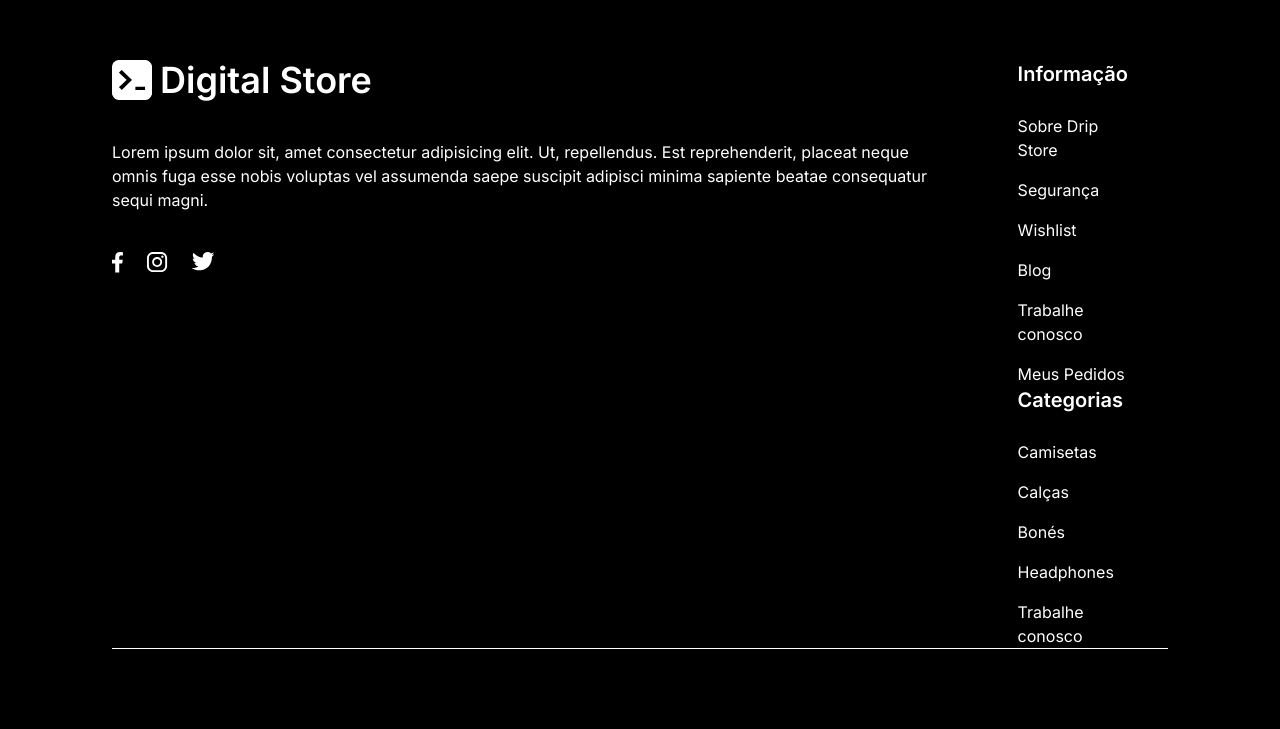
Repository: geracao-09/digital-store
Page: index.html
These files come from the project's save history. The page is drawn as it stood at one moment and after the next save; the edit follows.
The browser window is 1280 px wide. The pictures show the part of the page from y = 3410 to 4139 px (the page is 4139 px tall before and 4115 px after).
A picture or video elsewhere on the page could not be fetched, so the positions and the page height are approximate.

Above is the page before, as saved 2025-04-25 08:55:57.

### index.html
<!DOCTYPE html>
<html lang="pt-br">
<head>
    <meta charset="UTF-8">
    <meta name="viewport" content="width=device-width, initial-scale=1.0">
    <title>Digital Store</title>
    <link href="./style.css" rel="stylesheet">
    <script src="https://cdn.jsdelivr.net/npm/@tailwindcss/browser@4"></script>
    <link rel="shortcut icon" href="/assets/digital-logo.svg" type="image/x-icon">
</head>
<body>
<header class="flex flex-col gap-12 px-[108px] py-[38px]">
    <div class="flex items-center justify-between">
        <div class="flex gap-1">
            <img src="/assets/digital-logo.svg" alt="Logo da Digital Store">
            <h1 class="text-4xl text-(--primary-color) font-semibold">Digital Store</h1>
        </div>
        <input type="text" placeholder="Pesquisar produto..." class="bg-(--light-gray-3) py-2 px-3 rounded-lg ml-40 mr-14 bg-[url(/assets/icons/search.svg)] bg-no-repeat bg-right focus:placeholder-transparent w-[560px]" />
        <div>
            <a href="#" class="bg-(--primary-color) text-white rounded-lg px-7 py-3 font-bold text-sm">
                Entrar
            </a>
        </div>
        <div class="relative">
            <img src="/assets/icons/cart.svg" alt="Imagem de um carrinho de compras">
            <div class="flex justify-center items-center absolute bg-(--tertiary-color) text-white font-bold text-xs rounded-full w-[18px] h-[18px] bottom-[15px] left-3">
                2
            </div>
        </div>
    </div>
    </div>
    <nav class="pl-32">
        <ul class="flex gap-6 text-(--dark-gray-2)">
            <li class="hover:text-(--primary-color) hover:font-bold">
                <a href="#">
                Home
            </a>
        </li>
            <li class="hover:text-(--primary-color) hover:font-bold">
                <a href="#">
                Produtos
            </a>
        </li>
            <li class="hover:text-(--primary-color) hover:font-bold">
                <a href="#">
                Categorias
            </a>
        </li>
            <li class="hover:text-(--primary-color) hover:font-bold">
                <a href="#">
                Meus Pedidos
            </a>
        </li>
        </ul>
    </nav>
</header>
<main>
    <section class="flex px-[108px] bg-(--light-gray-3) py-[78px] h-[680px] relative">
        <div class="flex flex-col gap-5 w-[466px]">
            <p class="text-(--warning-color) font-bold">
                Melhores ofertas personalizadas
            </p>
            <h2 class="font-extrabold text-6xl">
                Queima de estoque Nike 🔥
            </h2>
            <p class="text-(--dark-gray-2) text-lg">
                Consequat culpa exercitation mollit nisi excepteur do do tempor laboris eiusmod irure consectetur.
            </p>
            <a href="#" class="flex items-center justify-center bg-(--primary-color) text-(--light-gray-3) font-bold w-[220px] h-[48px] rounded-lg">
                Ver Ofertas
            </a>
        </div>
        <img src="/assets/pictures/white-sneakers.svg" alt="Foto de um tenis branco" class="absolute right-28 bottom-8"/>
        <img src="/assets/ornaments/ornament.svg" alt="Firula do site - by wendell" class="absolute top-12 right-8">
    </section>
    <section class="flex flex-col gap-15 px-[108px] py-[42px]">
        <div class="flex flex-col gap-10">
            <h4 class="text-(--dark-gray-2) font-bold text-2xl">
                Coleções em destaque
            </h4>
            <ul class="grid grid-cols-3 gap-3.5 h-68">
                <li  class="flex bg-[#D8E3F2] pl-8 pt-8 rounded-md relative bg-[url(/assets/pictures/star-wars-shirt-pic.svg)] bg-no-repeat bg-bottom-right">
                    <div class="w-1/2 z-10">
                    <p class="bg-[#E7FF86] rounded-4xl font-bold text-(--dark-gray-2) w-[96px] text-center py-1.5 text-sm">
                        30% OFF
                    </p>
                    <h5 class="font-bold text-(--dark-gray) text-4xl mt-2.5 mb-8">
                        Novo drop Supreme
                    </h5>
                    <a href="#" class="text-(--primary-color) bg-white rounded-xl font-bold px-12 py-4.5">
                        Comprar
                    </a>
                </div>
                </li>
                <li  class="flex bg-[#D8E3F2] pl-8 pt-8 rounded-md relative bg-[url(/assets/pictures/sneaks-pic.svg)] bg-no-repeat bg-bottom-right">
                    <div class="w-1/2 z-10">
                    <p class="bg-[#E7FF86] rounded-4xl font-bold text-(--dark-gray-2) w-[96px] text-center py-1.5 text-sm">
                        30% OFF
                    </p>
                    <h5 class="font-bold text-(--dark-gray) text-4xl mt-2.5 mb-8">
                        Coleção Adidas
                    </h5>
                    <a href="#" class="text-(--primary-color) bg-white rounded-xl font-bold px-12 py-4.5">
                        Comprar
                    </a>
                </div>
                </li>
                <li  class="flex bg-[#D8E3F2] pl-8 pt-8 rounded-md relative bg-[url(/assets/pictures/headphone-pic.svg)] bg-no-repeat bg-bottom-right">
                    <div class="w-1/2 z-10">
                    <p class="bg-[#E7FF86] rounded-4xl font-bold text-(--dark-gray-2) w-[96px] text-center py-1.5 text-sm">
                        30% OFF
                    </p>
                    <h5 class="font-bold text-(--dark-gray) text-4xl mt-2.5 mb-8">
                        Novo<br> Beats Bass
                    </h5>
                    <a href="#" class="text-(--primary-color) bg-white rounded-xl font-bold px-12 py-4.5">
                        Comprar
                    </a>
                </div>
                </li>
            </ul>
        </div>
        <div class="bg-[url(/assets/icons/house-border.svg)] bg-no-repeat bg-center object-contain flex flex-col items-center gap-5 pt-5.5 h-[318px]">
            <h1 class="font-bold text-2xl text-(--dark-gray-2)">
                Coleções em destaque
            </h1>
            <ul class="flex gap-8">
                <li><a href="#">
                    <div class="bg-[url(/assets/icons/t-shirt.svg)] w-[104px] h-[104px] bg-white bg-no-repeat bg-center rounded-full"></div>
                    <p class="font-bold text-sm text-(--dark-gray-2) text-center">Camisetas</p>
                </a></li>
                <li><a href="#">
                    <div class="bg-[url(/assets/icons/pants.svg)] w-[104px] h-[104px] bg-white bg-no-repeat bg-center rounded-full"></div>
                    <p class="font-bold text-sm text-(--dark-gray-2) text-center">Calças</p>
                </a></li>
                <li><a href="#">
                    <div class="bg-[url(/assets/icons/cap.svg)] w-[104px] h-[104px] bg-white bg-no-repeat bg-center rounded-full"></div>
                    <p class="font-bold text-sm text-(--dark-gray-2) text-center">Bonés</p>
                </a></li>
                <li><a href="#">
                    <div class="bg-[url(/assets/icons/headphones.svg)] w-[104px] h-[104px] bg-white bg-no-repeat bg-center rounded-full"></div>
                    <p class="font-bold text-sm text-(--dark-gray-2) text-center">Headphones</p>
                </a></li>
                <li><a href="#">
                    <div class="bg-[url(/assets/icons/sneakers.svg)] w-[104px] h-[104px] bg-white bg-no-repeat bg-center rounded-full"></div>
                    <p class="font-bold text-sm text-(--dark-gray-2) text-center">Tênis</p>
                </a></li>
            </ul>
        </div>
    </section>
    <section class="px-[108px]">
        <div class="flex justify-between mb-5">
            <h4 class="text-(--dark-gray-2) font-bold text-2xl">
                Produtos em  alta
            </h4>
            <div class="flex gap-2 items-center">
                <a href="#" class="text-(--primary-color) text-[18px]">
                    Ver todos
                </a>
                <img src="/assets/ornaments/arrow-right.svg" alt="Flecha apontando pra direita" class="w-[24px]">
            </div>
        </div>
        <ul class="grid grid-cols-4">
            <li class="mb-5">
            <div class="bg-[url(/assets/pictures/sneaks-pic2.svg)] w-[292px] h-[320px] bg-white bg-no-repeat bg-center relative">
                <div class="flex justify-center items-center bg-[#E7FF86] font-bold text-sm h-[32px] w-[96px] rounded-4xl absolute left-5 top-5">50% off</div>
            </div>
                <div>
                    <p class="text-xs text-(--light-gray) font-bold">
                        Tênis
                    </p>
                    <h5 class="text-2xl text-(--dark-gray-2)">
                        K-Swiss V8 - Masculino
                    </h5>
                    <div class="flex gap-2">
                    <h5 class="text-(--light-gray) line-through text-2xl">
                        $200
                    </h5>
                    <h5 class="font-bold text-2xl">
                        $100
                    </h5>
                </div>
            </div>
            </li>
            <li class="mb-5">
            <div class="bg-[url(/assets/pictures/sneaks-pic2.svg)] w-[292px] h-[320px] bg-white bg-no-repeat bg-center relative">
                <div class="flex justify-center items-center bg-[#E7FF86] font-bold text-sm h-[32px] w-[96px] rounded-4xl absolute left-5 top-5">50% off</div>
            </div>
                <div>
                    <p class="text-xs text-(--light-gray) font-bold">
                        Tênis
                    </p>
                    <h5 class="text-2xl text-(--dark-gray-2)">
                        K-Swiss V8 - Masculino
                    </h5>
                    <div class="flex gap-2">
                    <h5 class="text-(--light-gray) line-through text-2xl">
                        $200
                    </h5>
                    <h5 class="font-bold text-2xl">
                        $100
                    </h5>
                </div>
            </div>
            </li>
            <li class="mb-5">
            <div class="bg-[url(/assets/pictures/sneaks-pic2.svg)] w-[292px] h-[320px] bg-white bg-no-repeat bg-center relative">
            </div>
                <div>
                    <p class="text-xs text-(--light-gray) font-bold">
                        Tênis
                    </p>
                    <h5 class="text-2xl text-(--dark-gray-2)">
                        K-Swiss V8 - Masculino
                    </h5>
                    <h5 class="font-bold text-2xl">
                        $100
                    </h5>
            </div>
            </li>
            <li class="mb-5">
            <div class="bg-[url(/assets/pictures/sneaks-pic2.svg)] w-[292px] h-[320px] bg-white bg-no-repeat bg-center relative">
            </div>
                <div>
                    <p class="text-xs text-(--light-gray) font-bold">
                        Tênis
                    </p>
                    <h5 class="text-2xl text-(--dark-gray-2)">
                        K-Swiss V8 - Masculino
                    </h5>
                    <h5 class="font-bold text-2xl">
                        $100
                    </h5>
            </div>
            </li>
            <li class="mb-5">
            <div class="bg-[url(/assets/pictures/sneaks-pic2.svg)] w-[292px] h-[320px] bg-white bg-no-repeat bg-center relative">
            </div>
                <div>
                    <p class="text-xs text-(--light-gray) font-bold">
                        Tênis
                    </p>
                    <h5 class="text-2xl text-(--dark-gray-2)">
                        K-Swiss V8 - Masculino
                    </h5>
                    <h5 class="font-bold text-2xl">
                        $100
                    </h5>
            </div>
            </li>
            <li class="mb-5">
            <div class="bg-[url(/assets/pictures/sneaks-pic2.svg)] w-[292px] h-[320px] bg-white bg-no-repeat bg-center relative">
            </div>
                <div>
                    <p class="text-xs text-(--light-gray) font-bold">
                        Tênis
                    </p>
                    <h5 class="text-2xl text-(--dark-gray-2)">
                        K-Swiss V8 - Masculino
                    </h5>
                    <h5 class="font-bold text-2xl">
                        $100
                    </h5>
            </div>
            </li>
            <li class="mb-5">
            <div class="bg-[url(/assets/pictures/sneaks-pic2.svg)] w-[292px] h-[320px] bg-white bg-no-repeat bg-center relative">
            </div>
                <div>
                    <p class="text-xs text-(--light-gray) font-bold">
                        Tênis
                    </p>
                    <h5 class="text-2xl text-(--dark-gray-2)">
                        K-Swiss V8 - Masculino
                    </h5>
                    <h5 class="font-bold text-2xl">
                        $100
                    </h5>
            </div>
            </li>
            <li class="mb-5">
            <div class="bg-[url(/assets/pictures/sneaks-pic2.svg)] w-[292px] h-[320px] bg-white bg-no-repeat bg-center relative">
            </div>
                <div>
                    <p class="text-xs text-(--light-gray) font-bold">
                        Tênis
                    </p>
                    <h5 class="text-2xl text-(--dark-gray-2)">
                        K-Swiss V8 - Masculino
                    </h5>
                    <h5 class="font-bold text-2xl">
                        $100
                    </h5>
            </div>
            </li>

        </ul>
    </section>
    <section class="flex justify-center items-center bg-white py-20 px-18 gap-28">
        <div>
            <div class="w-[456px] h-[456px] bg-linear-(--secondary-gradient) rounded-full  relative">
                <img src="/assets/pictures/ei-jordao.svg" alt="" class="w-[574px] absolute top-[12%] right-[12%] scale-135">
            </div>
        </div>
        <div class="flex flex-col gap-4 w-[40%]">
            <p class="text-sm text-(--primary-color) font-bold">
                Oferta especial
            </p>
            <h2 class="font-bold text-(--dark-gray-2) text-5xl">
                Air Jordan edição de colecionador
            </h2>
            <p class="text-(--dark-gray-2)">
                Lorem ipsum dolor sit amet, consectetur adipiscing elit, sed do eiusmod tempor incididunt ut labore et dolore magna aliqua. Ut enim ad minim veniam, quis nostrud exercitation ullamco laboris nisi ut aliquip
            </p>
            <a href="#" class="flex items-center justify-center bg-(--primary-color) text-(--light-gray-3) font-bold w-[220px] h-[48px] rounded-lg mt-6">
                Ver Ofertas
            </a>
        </div>
    </section>
</main>
<footer class="bg-black text-white py-20 px-28">
    <div class="flex gap-10">
        <div  class="flex flex-col gap-10 mr-6">
            <div class="flex gap-2">
                <img src="/assets/white-logo.svg" alt="Logo da Digital em branco">
                <h4 class="font-semibold text-4xl">Digital Store</h4>
            </div>
        <div>
            <p>Lorem ipsum dolor sit, amet consectetur adipisicing elit. Ut, repellendus. Est reprehenderit, placeat neque omnis fuga esse nobis voluptas vel assumenda saepe suscipit adipisci minima sapiente beatae consequatur sequi magni.</p>
        </div>
        <div>
            <ul class="flex gap-6">
                <li><img src="/assets/icons/facebook.svg" alt="logo da facebook"></li>
                <li><img src="/assets/icons/instagram.svg" alt="logo do instagram"></li>
                <li><img src="/assets/icons/twitter.svg" alt="logo da twitter, vulgo, X"></li>
            </ul>
        </div>
    </div>
        <div>
            <ul class="flex flex-col gap-4 list-none">
                <li class="font-semibold text-xl mb-2.5">Informação</li>
                <li><a href="#">
                    Sobre Drip Store
                </a></li>
                <li><a href="#">
                    Segurança
                </a></li>
                <li><a href="#">
                    Wishlist
                </a></li>
                <li><a href="#">
                    Blog
                </a></li>
                <li><a href="#">
                    Trabalhe conosco
                </a></li>
                <li><a href="#">
                    Meus Pedidos
                </a></li>
            </ul>
            <ul class="flex flex-col gap-4 list-none">
                <li class="font-semibold text-xl mb-2.5">Categorias</li>
                <li><a href="#">
                    Camisetas
                </a></li>
                <li><a href="#">
                    Calças
                </a></li>
                <li><a href="#">
                    Bonés
                </a></li>
                <li><a href="#">
                    Headphones
                </a></li>
                <li><a href="#">
                    Trabalhe conosco
                </a></li>
            </ul>
        </div>
        <div>
            <h6></h6>
            <p></p>
            <p></p>
        </div>
    </div>
    <hr>
    <div>

    </div>
</footer>
</body>
</html>

### style.css
@import url('https://fonts.googleapis.com/css2?family=Inter:ital,opsz,wght@0,14..32,100..900;1,14..32,100..900&display=swap');

:root {
    --dark-gray: #1F1F1F;
    --dark-gray-2: #474747;
    --dark-gray-3: #666666;
    --light-gray: #8F8F8F;
    --light-gray-2: #CCCCCC;
    --light-gray-3: #F5F5F5;
    --white: #FFFFFF;
    --primary-color: #C92071;
    --secondary-color: #B5B6F2;
    --tertiary-color: #991956;
    --error-color: #EE4266;
    --success-color: #52CA76;
    --warning-color: #F6AA1C;
    --primary-gradient: 180deg,#C92071, #EDABCA;
    --secondary-gradient: 180deg, #B5B6F2, #EFEFFF;
}

* {
    font-family: "Inter", sans-serif;
    box-sizing: border-box;
}

main {
    background-color: #F9F8FE;
}

### assets/icons/instagram.svg
<svg width="21" height="21" viewBox="0 0 21 21" fill="none" xmlns="http://www.w3.org/2000/svg">
<path d="M15.3772 3.59082C15.0646 3.59082 14.7647 3.71504 14.5436 3.93614C14.3225 4.15725 14.1982 4.45713 14.1982 4.76982C14.1981 4.92473 14.2285 5.07815 14.2877 5.22131C14.3469 5.36447 14.4337 5.49456 14.5432 5.60415C14.6527 5.71373 14.7827 5.80066 14.9258 5.85998C15.0689 5.91929 15.2223 5.94982 15.3772 5.94982C15.6899 5.94982 15.9898 5.82561 16.2109 5.6045C16.432 5.38339 16.5562 5.08351 16.5562 4.77082C16.5564 4.61591 16.526 4.46249 16.4668 4.31933C16.4076 4.17617 16.3208 4.04608 16.2113 3.93649C16.1018 3.82691 15.9718 3.73997 15.8287 3.68066C15.6856 3.62135 15.5322 3.59082 15.3772 3.59082Z" fill="white"/>
<path d="M10.1361 5.10303C8.82331 5.10435 7.56467 5.62637 6.63631 6.55454C5.70794 7.48272 5.18567 8.74126 5.18408 10.054C5.18567 11.3669 5.70791 12.6255 6.63625 13.5539C7.56458 14.4822 8.82322 15.0044 10.1361 15.006C11.449 15.0044 12.7076 14.4822 13.6359 13.5539C14.5643 12.6255 15.0865 11.3669 15.0881 10.054C15.0865 8.74126 14.5642 7.48272 13.6359 6.55454C12.7075 5.62637 11.4489 5.10435 10.1361 5.10303ZM10.1361 13.226C9.29489 13.2252 8.48838 12.8906 7.89366 12.2957C7.29894 11.7008 6.96461 10.8942 6.96408 10.053C6.96488 9.21201 7.29933 8.40566 7.89402 7.81096C8.48871 7.21627 9.29506 6.88182 10.1361 6.88103C10.9771 6.88182 11.7835 7.21627 12.3782 7.81096C12.9728 8.40566 13.3073 9.21201 13.3081 10.053C13.3076 10.8942 12.9732 11.7008 12.3785 12.2957C11.7838 12.8906 10.9773 13.2252 10.1361 13.226Z" fill="white"/>
<path d="M14.0681 20.108H6.03607C4.43499 20.1061 2.90003 19.4693 1.7679 18.3371C0.635768 17.205 -0.00107705 15.67 -0.00292969 14.069V6.04098C-0.00134169 4.43973 0.635388 2.90451 1.76755 1.77216C2.89971 0.639813 4.43482 0.00282968 6.03607 0.000976562H14.0641C15.6651 0.0028292 17.2001 0.639674 18.3322 1.7718C19.4644 2.90394 20.1012 4.4389 20.1031 6.03998V14.068C20.1015 15.6685 19.4653 17.2031 18.334 18.3354C17.2027 19.4676 15.6686 20.1051 14.0681 20.108ZM6.03607 1.89297C4.93662 1.8943 3.88259 2.33164 3.10516 3.10907C2.32773 3.88649 1.8904 4.94053 1.88907 6.03998V14.068C1.88881 15.1685 2.32544 16.224 3.10304 17.0028C3.88064 17.7815 4.93558 18.2197 6.03607 18.221H14.0641C15.1638 18.2199 16.2182 17.7827 16.996 17.0053C17.7738 16.2279 18.2115 15.1737 18.2131 14.074V6.04597C18.2115 4.94626 17.7738 3.89208 16.996 3.11465C16.2182 2.33722 15.1638 1.90003 14.0641 1.89898L6.03607 1.89297Z" fill="white"/>
</svg>

### assets/icons/pants.svg
<svg width="64" height="64" viewBox="0 0 64 64" fill="none" xmlns="http://www.w3.org/2000/svg">
<path d="M20.3125 0.149998C19.7875 0.450001 19.7625 0.612499 19.75 2.9125V5.125L13.3625 32.25C9.41247 49.075 6.99997 59.55 7.02497 59.8375C7.04997 60.15 7.16247 60.3625 7.37497 60.525C7.69997 60.7625 18.2875 64 18.7375 64C18.875 64 19.125 63.875 19.3 63.7125C19.525 63.525 21.775 58.3875 27.075 46C31.1875 36.4125 34.575 28.525 34.6125 28.475C34.6875 28.3875 39.375 39.175 39.375 39.4125C39.375 39.4625 38.225 39.5 36.8125 39.5C34.25 39.5 34.2375 39.5 33.9375 39.8125L33.625 40.1125V45.3V50.4875L33.9125 50.8125C34.1625 51.1 34.625 51.2125 39.7875 52.25C43.6875 53.025 45.4625 53.3375 45.6625 53.2625C45.8125 53.2 48.3875 50.95 51.375 48.2625C55.8 44.2875 56.8375 43.2875 56.975 42.9125C57.1 42.5625 57.125 41.8375 57.1 40.25L57.05 38.0625L53.375 21.9375L49.7 5.8125L49.6375 3.2125L49.5625 0.599998L49.2125 0.299999L48.8625 0H34.7125C24.3 0.0125008 20.5 0.0499992 20.3125 0.149998ZM26.125 3.1875V4.25H24H21.875V3.1875V2.125H24H26.125V3.1875ZM31.5 3.1875V4.25H29.875H28.25V3.1875V2.125H29.875H31.5V3.1875ZM35.75 3.1875V4.25H34.6875H33.625V3.1875V2.125H34.6875H35.75V3.1875ZM41.1 3.2125L41.1375 4.25H39.5H37.875V3.1875V2.1125L39.475 2.15L41.0625 2.1875L41.1 3.2125ZM47.5 3.1875V4.25H45.375H43.25V3.1875V2.125H45.375H47.5V3.1875ZM26.125 7.775C26.125 9.4375 25.875 10.1375 25.025 10.9C24.3125 11.5375 23.5125 11.75 21.7875 11.75C20.4875 11.75 20.3625 11.725 20.425 11.525C20.5 11.3 21.625 6.5 21.625 6.425C21.625 6.4 22.6375 6.375 23.875 6.375H26.125V7.775ZM33.625 15.8375V25.3125L25.8625 43.4375C21.5875 53.4 18.0875 61.575 18.075 61.5875C18.0375 61.6375 9.59997 59.125 9.42497 59.0125C9.32497 58.9625 10.9625 51.8 14.575 36.4375C17.4875 24.0625 19.875 13.925 19.875 13.9C19.875 13.8875 20.625 13.875 21.55 13.875C24.225 13.875 25.3125 13.55 26.575 12.35C27.8 11.1875 28.25 9.95 28.25 7.6875V6.375H30.9375H33.625V15.8375ZM37.875 14.6625V22.95L37.225 23.4375C36.8625 23.7 36.375 24.05 36.1625 24.225L35.75 24.525V15.45V6.375H36.8125H37.875V14.6625ZM41.1375 8.125C41.225 10.0625 41.325 10.4625 42 11.4625C42.5625 12.3125 43.2375 12.9 44.1625 13.325C45.1 13.75 45.925 13.875 47.7625 13.875C49.325 13.875 49.375 13.8875 49.4375 14.15C50.875 20.25 54.875 38.425 54.875 38.875V39.5H48.325H41.775L39.075 33.2C37.5875 29.7375 36.375 26.85 36.375 26.7875C36.3875 26.7375 37.1125 26.15 37.9875 25.5C38.875 24.85 39.6875 24.1625 39.8 23.975C39.975 23.6875 40 22.6875 40 15V6.3625L40.5375 6.4L41.0625 6.4375L41.1375 8.125ZM48.275 9C48.6 10.4125 48.8625 11.6125 48.8625 11.675C48.875 11.725 48.125 11.7625 47.225 11.725C45.675 11.6875 45.5125 11.65 44.9 11.325C43.625 10.625 43.25 9.825 43.25 7.8125V6.375L45.4625 6.4L47.6875 6.4375L48.275 9ZM54.875 41.9375C54.875 42.1875 53.9125 43.1125 49.95 46.6875L45.025 51.125L40.6625 50.25C38.275 49.775 36.1875 49.35 36.0375 49.3125L35.75 49.25V45.4375V41.625H45.3125H54.875V41.9375Z" fill="#8F8F8F"/>
</svg>

Loaded but not shown: assets/icons/headphones.svg (8 lines, source omitted)

After the next save:
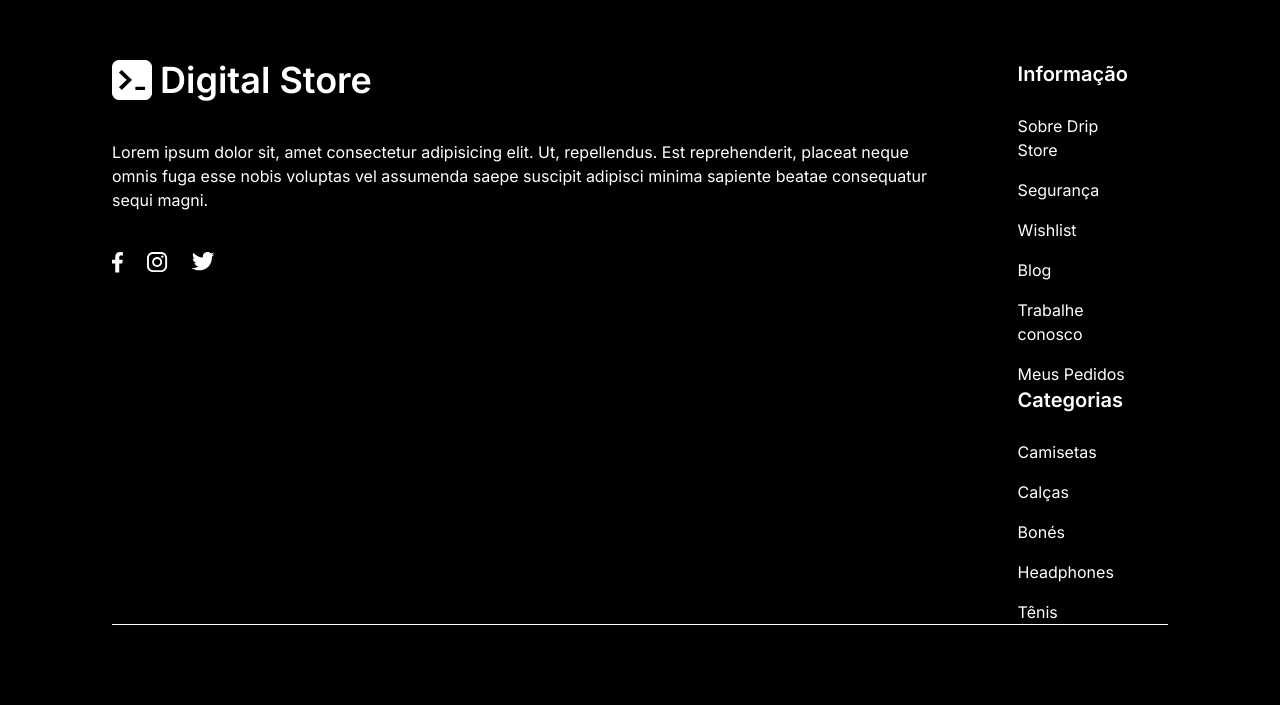
Saved 5 s later.
--- a/index.html
+++ b/index.html
@@ -373,7 +373,7 @@
                     Headphones
                 </a></li>
                 <li><a href="#">
-                    Trabalhe conosco
+                    Tênis
                 </a></li>
             </ul>
         </div>
